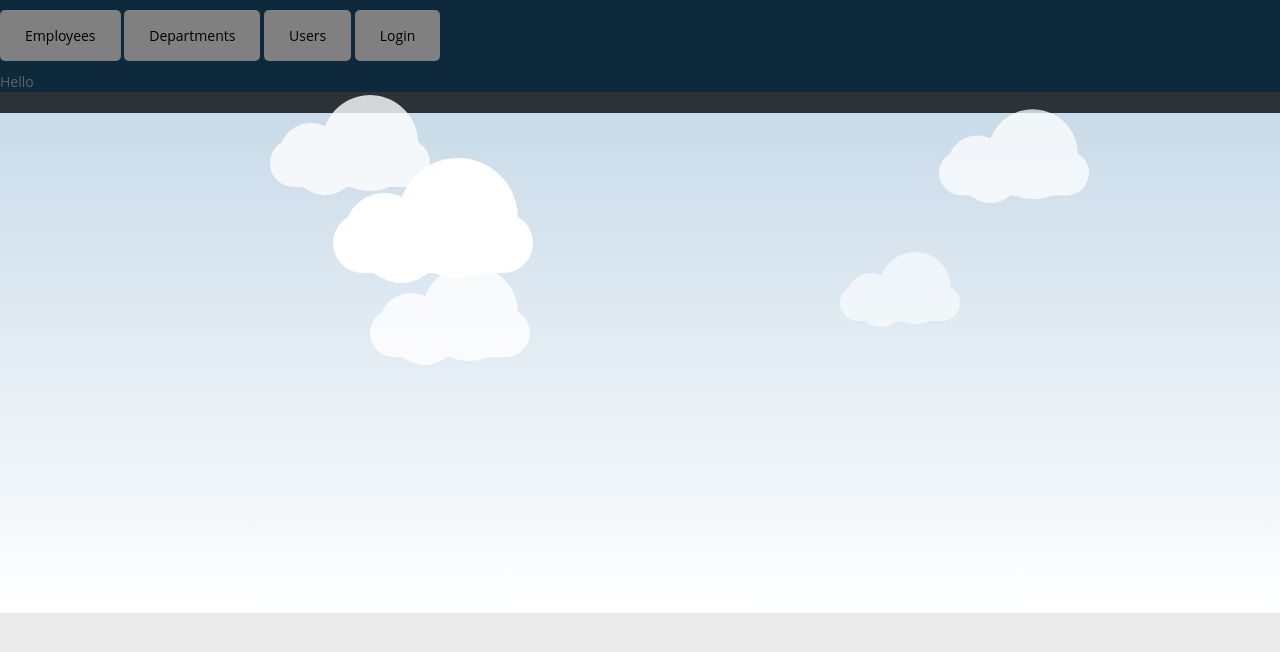
Repository: avsuhas/Java-Project
Page: http://localhost/Employee_Project/jsp/header.jsp
The author's editor kept a copy of each file at every save. The page is drawn from the files as they stood at one save, then again after the next save.
The browser window is 1280 px wide. The pictures show the whole page.
The page is served by Tomcat 9.

Above is the page before, as saved 2017-05-25 18:19:00.

After the next save:
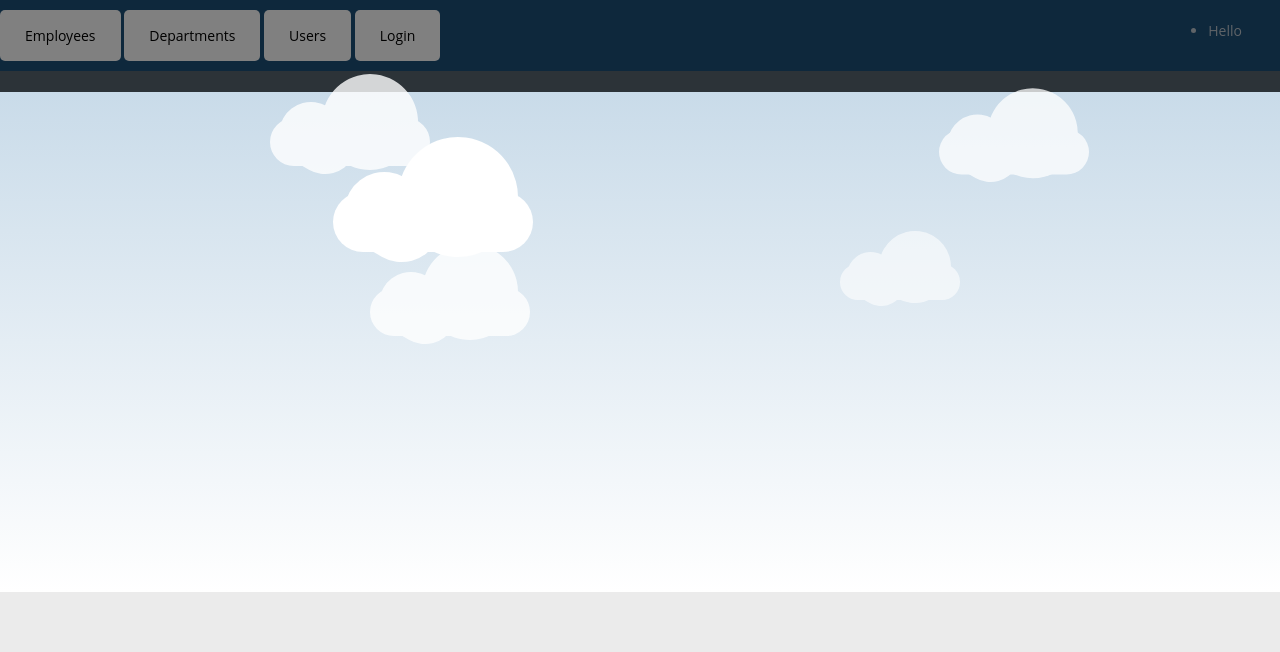
Saved 5 min 3 s later.
--- a/Employee Project/WebContent/jsp/header.jsp
+++ b/Employee Project/WebContent/jsp/header.jsp
@@ -265,7 +265,7 @@ String userName = "";
 		<li class="liTag"><a href="../jsp/departments.jsp" style="color:black;">Departments</a></li>
 		<li class="liTag"><a href="../jsp/user.jsp" style="color:black;">Users</a></li>
 		<li class="liTag"><a href="../html/welcomePage.html" style="color:black;">Login</a></li>
-		<li style="float:right padding:43px"  >Hello <%=userName %></li>
+		<li style="float:right;padding-right: 38px;padding-top: 20px"  >Hello <%=userName %></li>
 	</ul>
 
 	</div>
